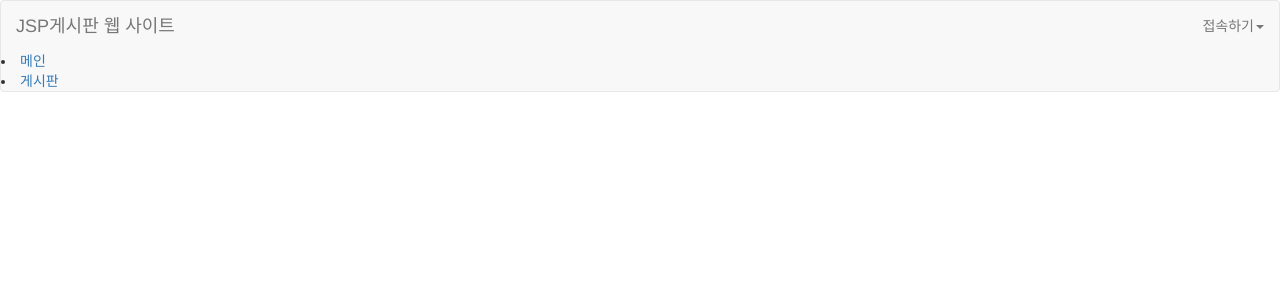
Repository: endol007/TripPuzzle
Page: http://localhost/BBS/main.jsp
The author's editor kept a copy of each file at every save. The page is drawn from the files as they stood at one save, then again after the next save.
The browser window is 1280 px wide. The pictures show the whole page.
Some web libraries are served in a nearby version. The page is served by Tomcat 9.

Above is the page before, as saved 2019-08-21 09:13:55.

After the next save:
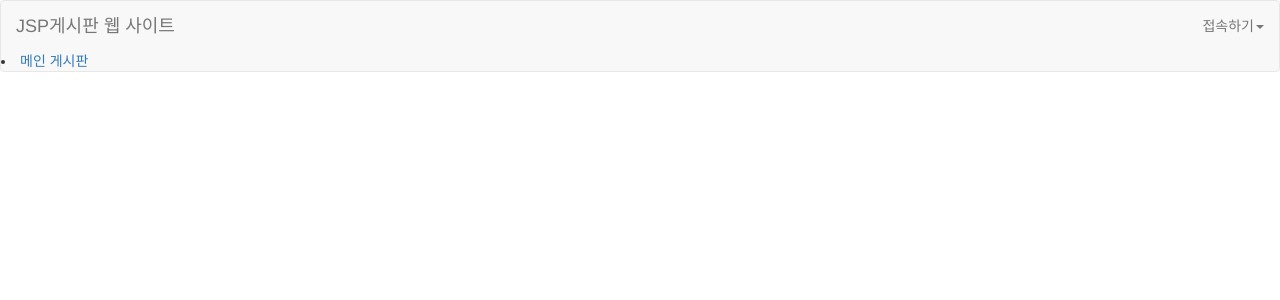
Saved 20 s later.
--- a/Yun/JSP 커뮤니티/Project/BBS/WebContent/main.jsp
+++ b/Yun/JSP 커뮤니티/Project/BBS/WebContent/main.jsp
@@ -27,8 +27,8 @@
 <span class="icon-bar"></span>
 </button>
 <a class="navbar-brand" href="main.jsp">JSP게시판 웹 사이트</a>
-<li class="active"><a href="main.jsp">메인</a></li>
-<li><a href="bbs.jsp">게시판</a></li>
+<li class="active"><a href="main.jsp">메인</a>
+<a href="bbs.jsp">게시판</a></li>
 </div>
 
 <div class="collapse navbar-collapse" id="bs-example-navbar-collapse-1">
